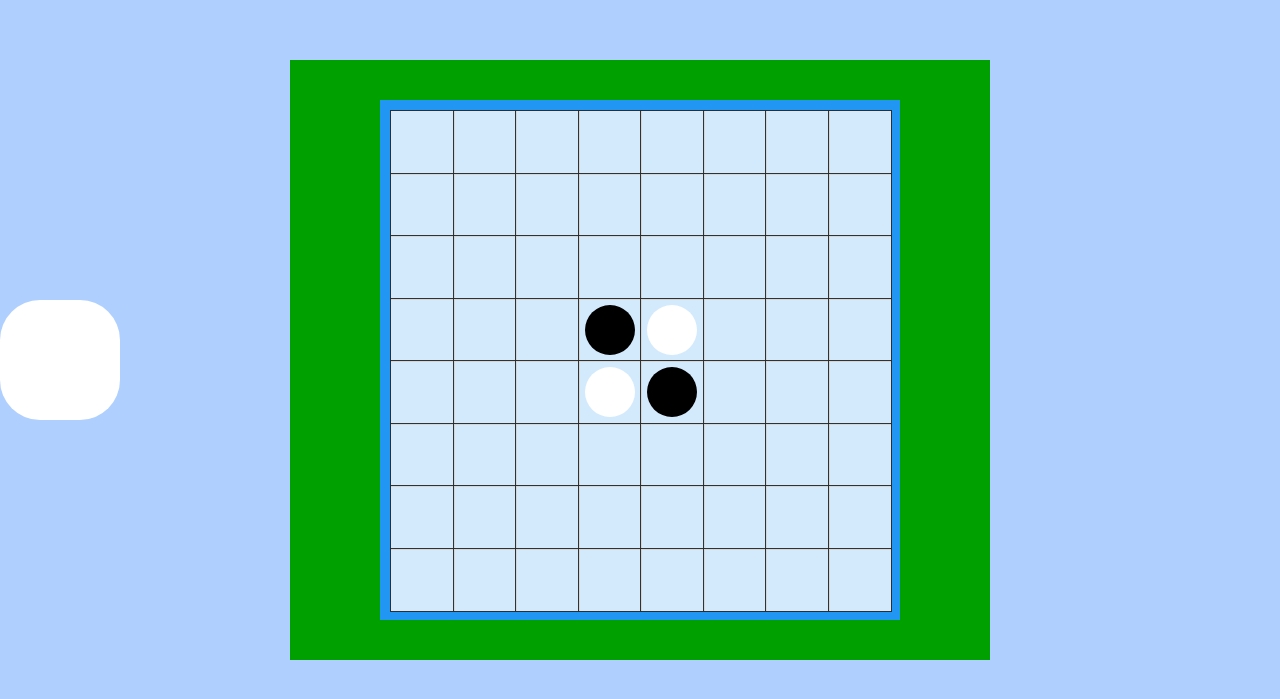
Repository: eliaoucohen72/react-reversi
Page: /
These files come from the project's save history. The page is drawn as it stood at one moment and after a run of saves; the edit follows.
The browser window is 1280 px wide. The pictures show the whole page.
The project was rebuilt for these pictures with package versions that can differ from the ones it lists, and the page was loaded fresh each time. Also part of the build but not shown: vite.config.ts.

Above is the page before, as saved 2024-09-05 16:07:17.

After the next 3 saves:
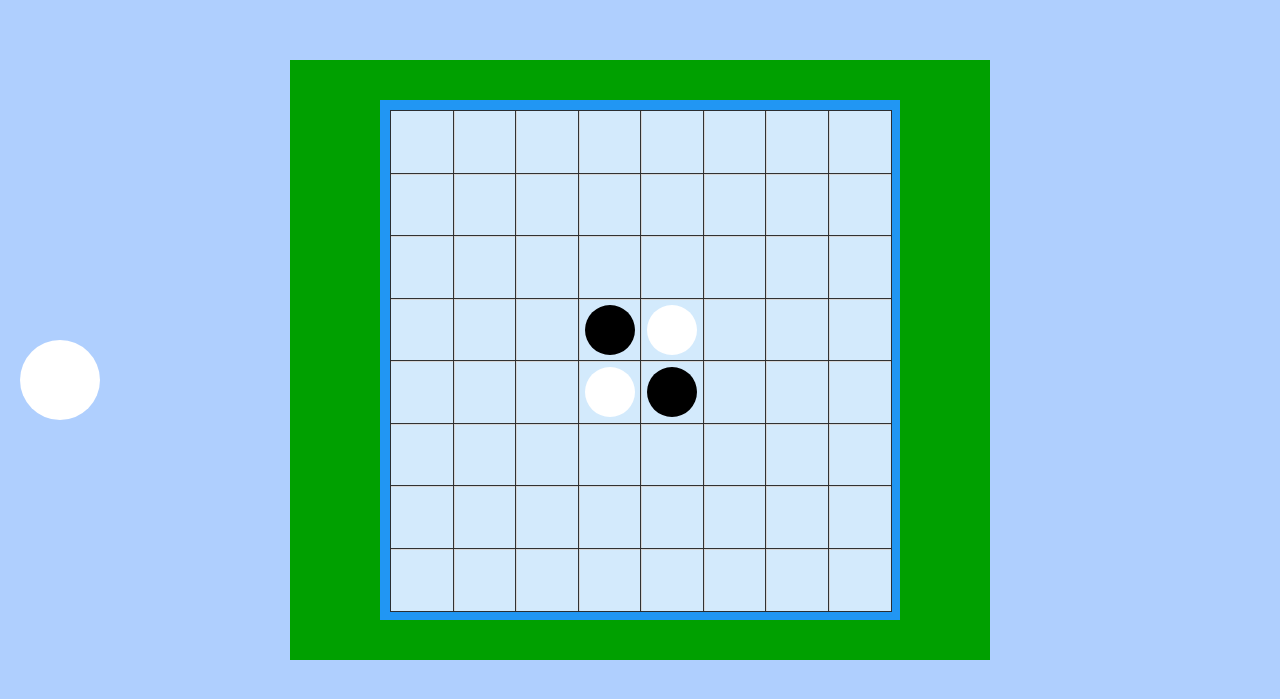
The 3 saves are shown as one change because they came seconds apart.
The last was saved 8 s later.
--- a/src/App.css
+++ b/src/App.css
@@ -14,7 +14,7 @@
   transform: translate(0%, -50%);
   background-color: #ffffff;
   border-radius: 40px;
-  padding: 20px;
+  margin: 20px;
 }
 
 .subWrapper {
